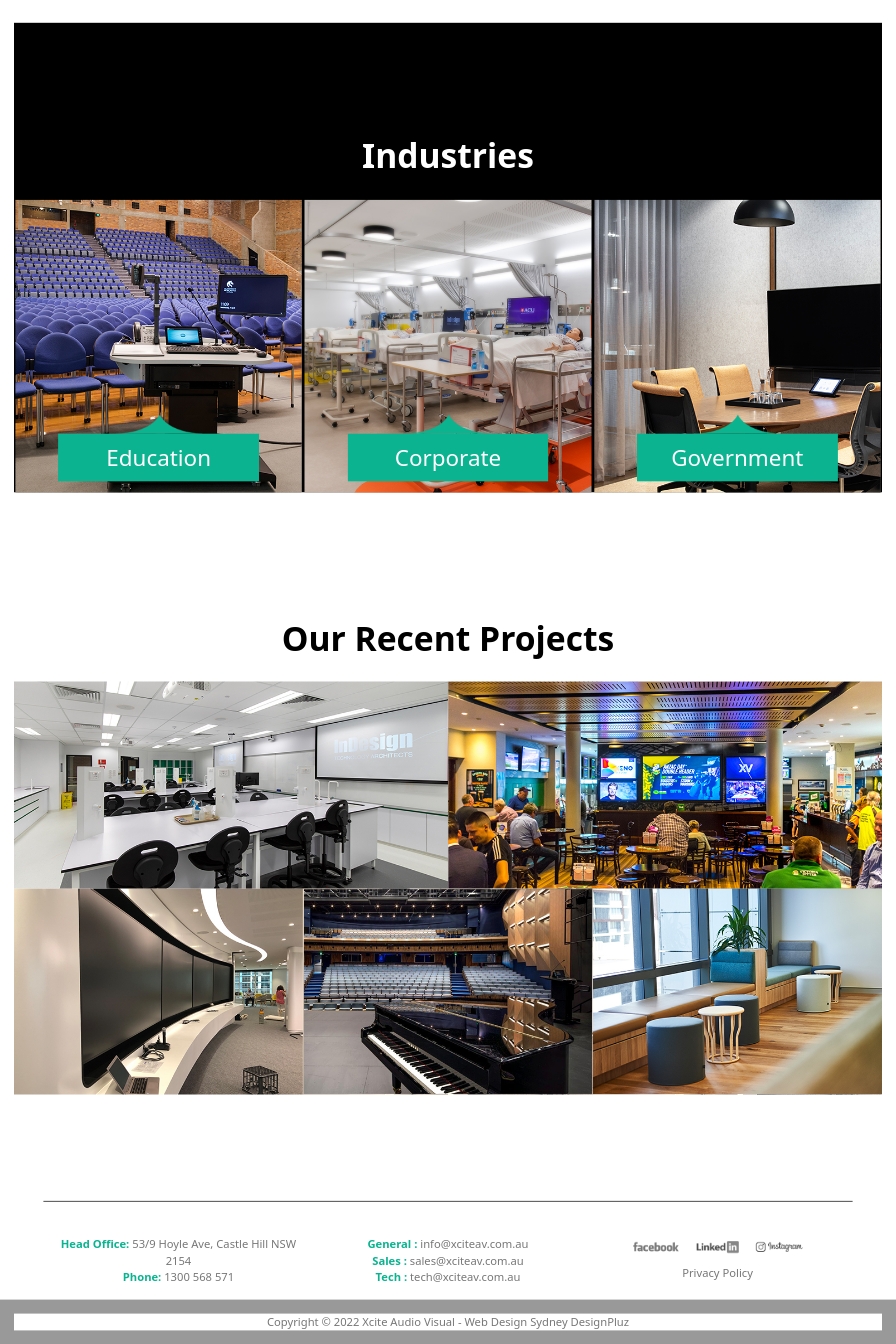
Repository: Imprasna/designplus
Page: index.html
An editor plug-in stored every save of this project. The page is shown before and after a run of saves, followed by the edit.
The browser window is 1280 px wide. The pictures show the part of the page from y = 1282 to 3202 px (the page is 3202 px tall), at 70% of full size.

Above is the page before, as saved 2022-03-16 23:40:15.

### index.html
<!DOCTYPE html>
<html lang="en">

<head>
  <meta charset="UTF-8">
  <meta http-equiv="X-UA-Compatible" content="IE=edge">
  <meta name="viewport" content="width=device-width, initial-scale=1.0">
  <link href="https://cdn.jsdelivr.net/npm/bootstrap@5.1.3/dist/css/bootstrap.min.css" rel="stylesheet"
    crossorigin="anonymous">
  <script src="https://cdn.jsdelivr.net/npm/bootstrap@5.1.3/dist/js/bootstrap.bundle.min.js" crossorigin="anonymous">
  </script>
  <link rel="stylesheet" href="style.css">
  <title>DesignPlus</title>
</head>

<body>

  <header>
    <div class="container-fluid">
      <nav class="navbar navbar-expand-lg navbar-light bg-light">
        <div class="container-fluid">
          <a class="navbar-brand" href="#"><img src="assets/Images/XCITEAV_logo.svg" alt=""></a>
          <button class="navbar-toggler" type="button" data-bs-toggle="collapse"
            data-bs-target="#navbarSupportedContent" aria-controls="navbarSupportedContent" aria-expanded="false"
            aria-label="Toggle navigation">
            <span class="navbar-toggler-icon"></span>
          </button>
          <div class="collapse navbar-collapse" id="navbarSupportedContent">
            <ul class="navbar-nav ms-auto mb-2 mb-lg-0">
              <li class="nav-item">
                <a class="nav-link active" aria-current="page" href="#">About</a>
              </li>
              <li class="nav-item">
                <a class="nav-link" href="#">Industries</a>
              </li>
              <li class="nav-item">
                <a class="nav-link" href="#">Xcite Care</a>
              </li>
              <li class="nav-item">
                <a class="nav-link" href="#">Projects</a>
              </li>
              <li class="nav-item">
                <a class="nav-link" href="#">Clients</a>
              </li>
              <li class="nav-item">
                <a class="nav-link" href="#">Contact Us</a>
              </li>
              <li class="nav-item tel-phone">
                <a href="tel:1300568571" class="nav-link">T: 1300 568 571</a>
              </li>
            </ul>
            <!-- <form class="d-flex">
                      <input class="form-control me-2" type="search" placeholder="Search" aria-label="Search">
                      <button class="btn btn-outline-success" type="submit">Search</button>
                    </form> -->
          </div>
        </div>
      </nav>
    </div>
  </header>

  <main>
    <section>
      <div class="container-fluid hero_sec">
        <img src="assets/Images/hero-banner.jpg" alt="">
        <p class="hero_texts">
          <span>Focused on</span> Providing reliable, robust solutions
        </p>
      </div>
    </section>

    <section>
      <div class="container-fluid second_sec">
        <div class="container-fluid">
          <div class="row second_sec-block">
            <div class="col-sm-5 col-md-6">
              <p>
                <span>Xcite Audio Visual</span> is a technology based company focused on providing reliable, robust
                solutions that enhance the user experience for our client's projects.
              </p>
              <p class="description">
                Since 2009, Xcite Audio Visual has been a leading audio visual integration specialist.
              </p>
              <a href="#">Read More</a>
            </div>
            <div class="col-sm-5 col-md-6 second_sec-img">
              <img src="assets/Images/about-ring.png" alt="">
              <p class="fifty">
                <span>50</span>
                years Experience
              </p>
            </div>
          </div>
        </div>
      </div>
    </section>

    <section>
      <div class="container-fluid industries">
        <div class="container-fluid">
          <div class="row industries_block">
            <h1>Industries</h1>
            <div class="col-md-4 g-1 align-items-end">
              <div class="card" style="width: 100%;">
                <img src="assets/Images/service_education.jpg" class="card-img-top" alt="...">
                <a href="#" class="btn btn-primary">Education</a>
                <!-- <div class="card-body">
                </div> -->
              </div>
            </div>
            <div class="col-md-4 g-1 align-items-end">
              <div class="card" style="width: 100%;">
                <img src="assets/Images/service_government.jpg" class="card-img-top" alt="...">
                <a href="#" class="btn btn-primary">Corporate</a>
                <!-- <div class="card-body">
                </div> -->
              </div>
            </div>
            <div class="col-md-4 g-1 align-items-end">
              <div class="card" style="width: 100%;">
                <img src="assets/Images/service_corporate.jpg" class="card-img-top" alt="...">
                <a href="#" class="btn btn-primary">Government</a>
                <!-- <div class="card-body">
                </div> -->
              </div>
            </div>
          </div>
        </div>
      </div>
    </section>

    <section>
      <div class="container-fluid third_sec">
        <div class="container-fluid">
          <div class="row third_sec-block">
            <h1>Our Recent Projects</h1>
            <div class="col-md-6 gx-0">
              <img src="assets/Images/recent_project_01.jpg" alt="">
            </div>
            <div class="col-md-6 gx-0">
              <img src="assets/Images/recent_project_02.jpg" alt="">
            </div>
          </div>
          <div class="row third_sec-block-2">
            <div class="col-md-4 gx-0">
              <img src="assets/Images/recent_project_03.jpg" alt="">
            </div>
            <div class="col-md-4 gx-0">
              <img src="assets/Images/recent_project_04.jpg" alt="">
            </div>
            <div class="col-md-4 gx-0">
              <img src="assets/Images/recent_project_05.jpg" alt="">
            </div>
          </div>
        </div>
      </div>
    </section>

  </main>

  <footer>
    <div class="container-fluid footer_sec">
      <div class="container-fluid">
        <div class="row align-items-center footer_sec-block">
          <div class="line"></div>
            <div class="col-md-4 text-center top_sec">
              <p>Head Office: <a href="#">53/9 Hoyle Ave, Castle Hill NSW 2154</a></p>
              <p>Phone: <a href="tel:1300 568 571">1300 568 571</a></p>
            </div>
            <div class="col-md-4 text-center">
              <p>General :<a href="#"> info@xciteav.com.au</a> </p>
              <p>Sales :<a href="#"> sales@xciteav.com.au</a> </p>
              <p>Tech :<a href="#"> tech@xciteav.com.au</a> </p>
            </div>
            <div class="col-md-4 text-center social_icons">
              <div>
                <img src="assets/Images/social-facebook-icon.png" alt="">
                <img src="assets/Images/social-linkedin-icon.png" alt="">
                <img src="assets/Images/social-instagram-icon.png" alt="">
              </div>
              <a href="#">Privacy Policy</a>
            </div>
        </div>
      </div>
    </div>
    <div class="container-fluid copyright">
      <div class="container-fluid">
        <div class="row">
          <a href="#" class="text-center">Copyright &#169; 2022 Xcite Audio Visual - Web Design Sydney DesignPluz</a>
        </div>
      </div>
    </div>
  </footer>



</body>

</html>

### style.css
* {
    margin: 0;
    padding: 0;
    box-sizing: border-box;
}

html {
    scroll-behavior: smooth;
}


.hero_sec > img {
    width: 100%;
}

.container-fluid.hero_sec {
    padding: 0;
    position: relative;
}

p.hero_texts {
    position: absolute;
    top: 40%;
    left: 5%;
    font-size: 3.2rem;
    line-height: 1.3;
    font-weight: 700;
    color: #fff;
    max-width: 35%;
    width: 28%;
    z-index: 2;
}

p.hero_texts > span {
    position: relative;
    z-index: 2;
}

p.hero_texts > span::after {
    content: '';
    position: absolute;
    bottom: 7px;
    left: 0;
    width: 100%;
    height: 10px;
    background: #0BB390;
    z-index: -1;
}

.container-fluid.second_sec {
    padding: 20px;
    background: #fff;
}

.container-fluid.second_sec > .container-fluid {
    background: #f1f1f1;
}

.row.second_sec-block {
    display: flex;
    align-items: center;
    width: 95%;
    margin: 0 auto;
    padding: 4rem 0;
}

.row.second_sec-block > .col-sm-5.col-md-6 > p {
    font-size: 2.5rem;
    line-height: 1.3;
    font-weight: 600;
}

.row.second_sec-block > .col-sm-5.col-md-6 > p span {
    color: #0BB390;
}

.col-sm-5.col-md-6.second_sec-img {
    display: flex;
    justify-content: end;
    position: relative;
}

.row.second_sec-block > .col-sm-5.col-md-6 > p.description {
    font-size: 1.5rem;
    font-weight: 400;
}

.col-sm-5.col-md-6 > a {
    text-decoration: none;
    font-size: 1.1rem;
    font-weight: 700;
    color: #000;
    position: relative;
}

.col-sm-5.col-md-6 > a::after {
    content: '';
    position: absolute;
    height: 1px;
    width: 50px;
    background: #000;
    top: 13px;
    left: 110%;
}

.col-sm-5.col-md-6 > a::before {
    content: '';
    position: absolute;
    height: 13px;
    width: 13px;
    background: #99CF16;
    border-radius: 50%;
    left: 120%;
    top: 7px;
    z-index: 1;
}

.col-sm-5.col-md-6.second_sec-img > img {
    width: 60%;
    height: 100%;
}

.col-sm-5.col-md-6.second_sec-img > p.fifty {
    position: absolute;
    top: 6rem;
    left: 70%;
    display: flex;
    flex-direction: column;
    align-items: center;
    text-transform: uppercase;
    width: 1%;
    text-align: center;
}

.col-sm-5.col-md-6.second_sec-img > p.fifty span {
    font-size: 3em;
    font-weight: 700;
    color: #000;
}


.container-fluid.industries {
    background: #fff;
    padding: 20px 20px 0;
}

.container-fluid.industries > .container-fluid {
    background: #000;
}

.row.industries_block {
    padding-top: 10rem;
}

.row.industries_block > h1 {
    font-size: 3rem;
    font-weight: 700;
    color: #fff;
    text-align: center;
    margin-bottom: 2rem;
}

.card {
    border-radius: 0;
    position: relative;
    border: none;
}

.card > img {
    border-radius: 0;
}

a.btn.btn-primary {
    width: 70%;
    margin: 0 auto;
    padding: 10px 2px;
    position: absolute;
    bottom: 1rem;
    left: 15%;
    border-radius: 0;
    background: #0BB390;
    outline: none;
    border: none;
    font-size: 2rem;
    font-weight: 500;
}

a.btn.btn-primary::before {
    content: url(./assets/Images/service-shape.png);
    position: absolute;
    bottom: 3.5rem;
    left: 0;
    width: 100%;
}

.container-fluid.third_sec {
    padding: 20px;
    background: #fff;
}

.row.third_sec-block > .col-md-6.gx-0 > img {
    width: 100%;
}

.row.third_sec-block-2 > .col-md-4.gx-0 > img {
    width: 100%;
    height: auto;
}

.row.third_sec-block {
    padding-top: 10rem;
}

.row.third_sec-block > h1 {
    font-size: 3rem;
    font-weight: 700;
    color: #000;
    text-align: center;
    margin-bottom: 2rem;
}

.container-fluid.footer_sec {
    padding: 20px;
    background: #fff;
}

.row.align-items-center.footer_sec-block {
    padding-top: 7rem;
    width: 95%;
    margin: 0 auto;
}

.line {
    width: 100%;
    /* margin: 0 auto; */
    height: 1px;
    background: #000;
    margin-bottom: 3rem;
}

.col-md-4.text-center > p {
    color: #0BB390;
    font-weight: 600;
    margin-bottom: 0;
}

.col-md-4.text-center > p > a {
    font-weight: 400;
    color: #777;
    text-decoration: none;
}

.col-md-4.text-center.social_icons > div {
    display: flex;
    justify-content: center;
    gap: 1rem;
}

.col-md-4.text-center.social_icons > div > img {
    width: 20%;
    filter: grayscale(1);
    opacity: .7;
    margin-bottom: 15px;
}

.col-md-4.text-center.social_icons > a {
    text-decoration: none;
    font-size: 1rem;
    color: #777;
}

.container-fluid.copyright {
    padding: 20px;
    background: #999;
    margin: 0;
}

.container-fluid.copyright > .container-fluid {
    background: #fff;
}

.container-fluid.copyright > .container-fluid  > .row > a {
    text-decoration: none;
    font-size: 1rem;
    color: #777;
}

After the next 2 saves:
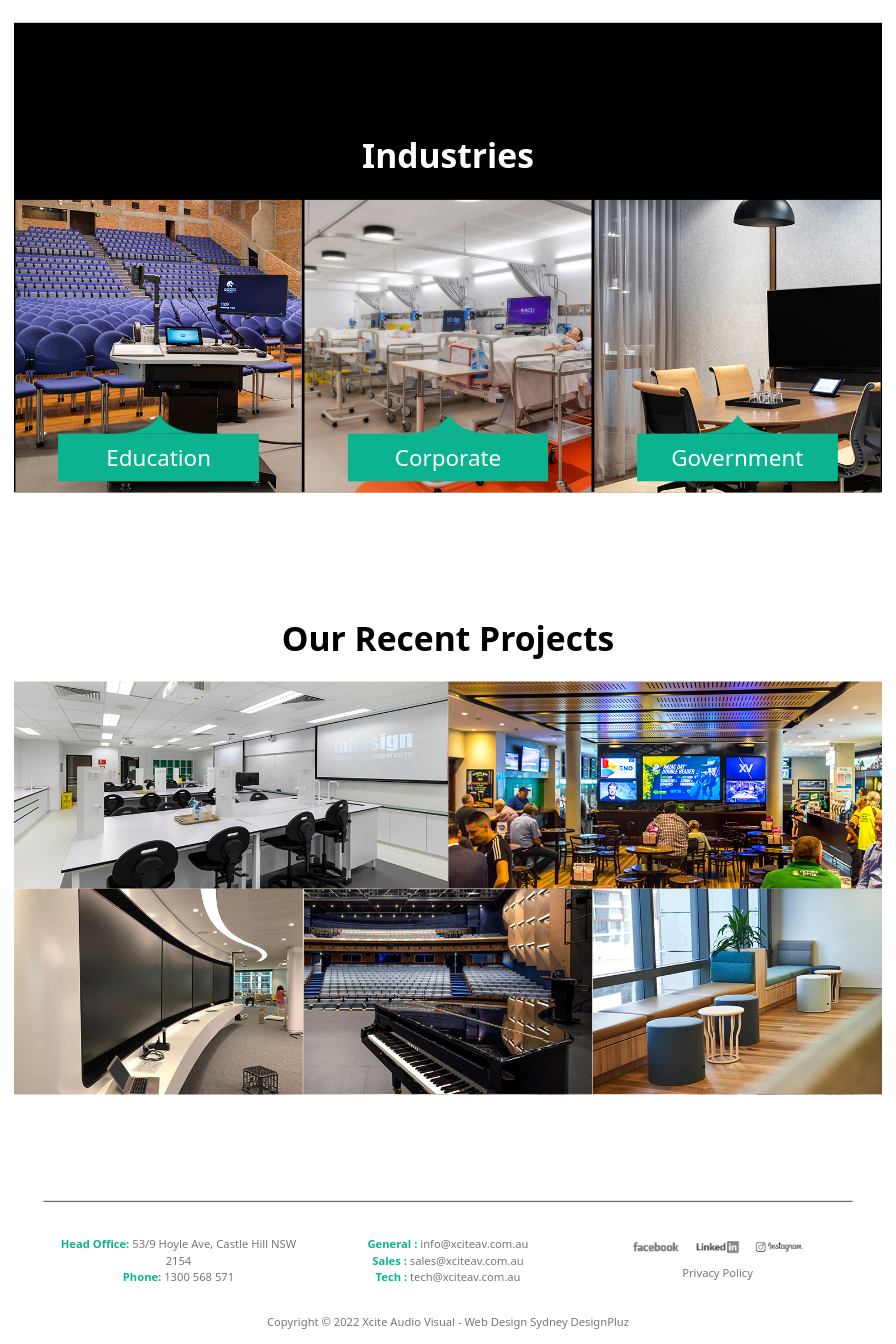
The 2 saves are shown as one change because they came seconds apart.
The last was saved 12 s later.
--- a/style.css
+++ b/style.css
@@ -271,7 +271,7 @@
 
 .container-fluid.copyright {
     padding: 20px;
-    background: #999;
+    background: #fff;
     margin: 0;
 }
 
